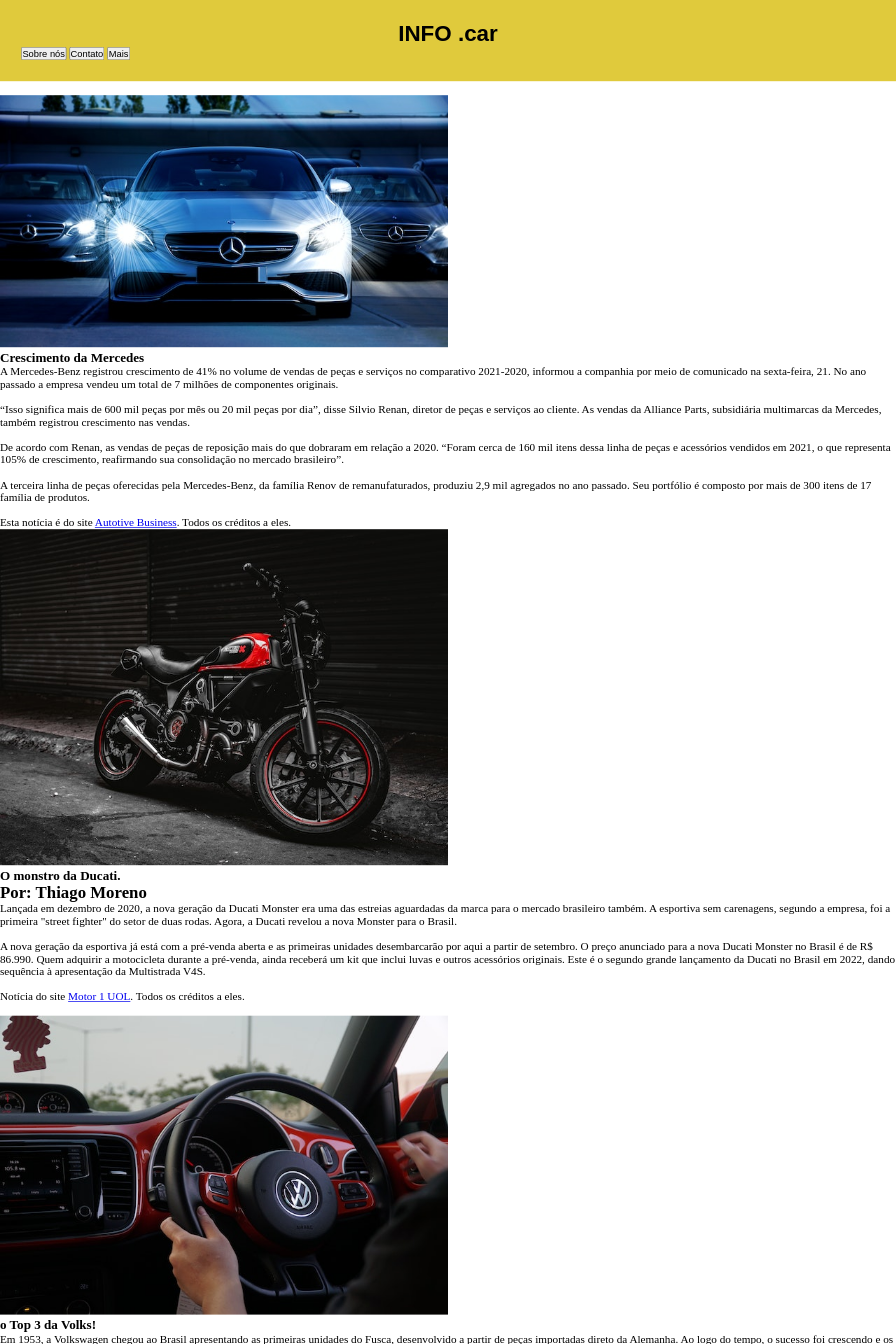
Repository: Leonngc/projeto-info.car
Page: index.html
These files come from the project's save history. The page is drawn as it stood at one moment and after the next save; the edit follows.
The browser window is 1280 px wide. The pictures show the part of the page from y = 0 to 1920 px (the page is 3329 px tall), at 70% of full size.
Some web fonts or font styles are not loaded; a fallback is used.

Above is the page before, as saved 2022-10-30 12:25:58.

### index.html
<!DOCTYPE html>
<html lang="pt-br">

<head>
    <meta charset="UTF-8" />
    <meta http-equiv="X-UA-Compatible" content="IE=edge" />
    <meta name="viewport" content="width=device-width, initial-scale=1.0" />
    <title>Info .car</title>
    <link rel="stylesheet" href="style.css">
</head>

<body>
    <header>
        <h1 class="title">INFO .car</h1>
        <section id="section-buttons">
            <button>Sobre nós</button>
            <button>Contato</button>
            <button>Mais</button>
        </section>
    </header>
    <main>
        <section>


            <div class="car-image">
                <img src="img/mercedes.jpg" alt="" />
            </div>

            <article>
                <h1>Crescimento da Mercedes</h1>

                    <p>
                        A Mercedes-Benz registrou crescimento de 41% no volume de vendas de peças e serviços no comparativo 2021-2020, informou a companhia por meio de comunicado na sexta-feira, 21. No ano passado a empresa vendeu um total de 7 milhões de componentes originais.
                    </p>

                    <br>

                    <p>
                        “Isso significa mais de 600 mil peças por mês ou 20 mil peças por dia”, disse Silvio Renan, diretor de peças e serviços ao cliente. As vendas da Alliance Parts, subsidiária multimarcas da Mercedes, também registrou crescimento nas vendas.
                    </p>

                    <br>

                    <p>
                        De acordo com Renan, as vendas de peças de reposição mais do que dobraram em relação a 2020. “Foram cerca de 160 mil itens dessa linha de peças e acessórios vendidos em 2021, o que representa 105% de crescimento, reafirmando sua consolidação no mercado brasileiro”.
                    </p>

                    <br>
                    <p>
                        A terceira linha de peças oferecidas pela Mercedes-Benz, da família Renov de remanufaturados, produziu 2,9 mil agregados no ano passado. Seu portfólio é composto por mais de 300 itens de 17 família de produtos.
                    </p>

                    <br>

                    <p>Esta notícia é do site <a href="https://automotivebusiness.com.br/pt/posts/mercado/vendas-da-mercedes-benz-na-reposicao-cresceram-41-em-2021/#:~:text=Vendas%20da%20Mercedes%2DBenz%20na%20reposi%C3%A7%C3%A3o%20cresceram%2041%25%20em%202021,-Empresa%20vendeu%20mais&text=A%20Mercedes%2DBenz%20registrou%20crescimento,7%20milh%C3%B5es%20de%20componentes%20originais.">Autotive Business</a>. Todos os créditos a eles.</p>

            </article>


            <div class="car-image">
                <img src="img/ducati.jpg" alt="" />  <!--CARROSEL DE IMAGENS!!!-->
            </div>
            <article>
                <h1>O monstro da Ducati.</h1>

                    <h2>Por: Thiago Moreno</h2>
                    <p>
                        Lançada em dezembro de 2020, a nova geração da Ducati Monster era uma das estreias aguardadas da marca para o mercado brasileiro também. A esportiva sem carenagens, segundo a empresa, foi a primeira "street fighter" do setor de duas rodas. Agora, a Ducati revelou a nova Monster para o Brasil.
                    </p>

                    <br>
                    <p>
                        A nova geração da esportiva já está com a pré-venda aberta e as primeiras unidades desembarcarão por aqui a partir de setembro. O preço anunciado para a nova Ducati Monster no Brasil é de R$ 86.990. Quem adquirir a motocicleta durante a pré-venda, ainda receberá um kit que inclui luvas e outros acessórios originais. Este é o segundo grande lançamento da Ducati no Brasil em 2022, dando sequência à apresentação da Multistrada V4S.
                    </p>

                    <br>
                    <p>

                        Notícia do site <a href="https://motor1.uol.com.br/news/602765/nova-ducati-monster-brasil-preco/" target="_blank">Motor 1 UOL</a>. Todos os créditos a eles.
                    </p>


            </article>

            <section id="img-background">
                <img src="" alt="">
            </section>
            <div>
                <img src="img/volks.jpg" alt="" />
            </div>

            <article>
                <h1>o Top 3 da Volks!</h1>

                    <p>
                        Em 1953, a Volkswagen chegou ao Brasil apresentando as primeiras unidades do Fusca, desenvolvido a partir de peças importadas direto da Alemanha. Ao logo do tempo, o sucesso foi crescendo e os carros da montadora foram se tornando os carros mais vendidos no Brasil.</p>

                    <br>
                    <h2>1 – Volkswagen T-Cross</h2>
                    <p>
                        Um dos modelos mais novos da geração atual de veículos da Volkswagen é o T-Cross. Esse SUV compacto chegou à liderança da categoria de carros mais vendidos no Brasil ano passado, mostrando sua força no mercado.</p>

                    <br>
                    <p>
                        O automóvel possui diferentes versões e duas opções de motor. Seu conjunto da obra agrada os apaixonados por automóveis, e além de ser o campeão de vendas da montadora, aparece como o quinto colocado de vendas de todo o país, deixando vários outros SUV´s para trás.</p>

                    <br>
                    <p>
                        Diferente do modelo europeu, o design do T-Cross é bastante carismático, com faróis de LED integrados e uma ampla grade.</p>

                    <br>
                    <p>
                        Além disso, o veículo pode ser encontrado no mercado em quatro versões, todas equipadas com motores TSI (Turbo com injeção direta de combustível) sendo elas:</p>

                    <br>
                    <p>
                        <strong>T-Cross 200 TSI:</strong> Versão com controle de estabilidade (ESC), seis airbags, bloqueio eletrônico, sistema de fixação de cadeirinhas infantis e ajuste de altura do volante.</p>

                    <br>
                    <p>
                        <strong>T-Cross 200 TSI Automático: </strong>Possui câmbio automático de seis marchas, controle automático de velocidade, apoio de braço central e grade dianteira em preto brilhante.</p>

                    <br>
                    <p>
                        <strong>T-Cross Comfortline 200 TSI Automático:</strong> Com ar condicionado digital, câmera de ré para auxiliar no estacionamento, indicador de pressão dos pneus, detalhes cromados e revestimento interno azul escuro.</p>

                    <br>
                    <p>
                        <strong>T-Cross Highline 250 TSI Automático:</strong> Agrega itens como bancos de couro, espelho retrovisor interno eletrocrômico, sensores de chuva, rack de teto na cor prata anodizada, entre outros detalhes.</p>

                    <br>
                    <p>
                        Vale lembrar que o T-Cross é um crossover urbano produzido pela Volkswagen e baseado no modelo ‘Polo VI’.
                    </p>

                    <br>
                    <h2>2 – Volkswagen Gol</h2>

                    <p>
                        O Gol é um dos modelos de automóveis da Volkswagen que já foi líder de vendas por anos. Atualmente, esse posto não é mais dele, mas ele segue como um dos veículos mais populares da marca.

                        A exemplo de outros carros da mesma montadora, ele é comercializado em diversas versões. Mas, a sua opção mais básica é a que está hoje entre os 10 carros mais baratos vendidos no Brasil.
                    </p>

                    <br>
                    <p>
                        Em 2021, surgiu a mais nova versão deste automóvel, com a adição de itens de segurança obrigatórios. O hatch então passou a dispor de cinto de segurança de três pontos, encosto de cabeça para cinco passageiros e o sistema de fixação de cadeirinha infantil.
                    </p>

                    <br>
                    <p>
                        <strong>3 – Volkswagen Polo</strong>
                        Chamado por muitos de Virtus Hatch, o Polo passou por uma reformulação total recentemente. O modelo apresenta alta tecnologia e diferentes versões, mas foi o novo visual o que mais chamou a atenção.
                    </p>

                    <br>
                    <p>
                        Ele também foi eleito o melhor carro em sua categoria por uma pesquisa chamada ‘Os eleitos’, feita pela revista Quatro Rodas. Não é à toa que ele conquistou o terceiro lugar do top 3 carros mais vendidos da montadora alemã
                    </p>

                    <br>

                    <p>
                        Notícia do site <a href="https://dyna.com.br/top-3-carros-mais-vendidos-da-volkswagen/" target="_blank">Dyna</a>. Todos os créditos a eles.
                    </p>
                </p>
            </article>


            <div>
                <img src="img/jeep-cherokee.jpg" alt="" />
            </div>

            <article>
                <h1>Novo Jeep Cherokee</h1>

                    <h2>Por: Nicolas Tavares</h2>

                    <p>
                        A Stellantis ainda nem mostrou o Compass 4xe, versão híbrida plug-in do SUV médio que será lançado no dia 4 de abril, e já trabalha em mais uma novidade para o Brasil. Motor1.com e o canal Falando de Carro apuraram que o Jeep Grand Cherokee desembarcará nas concessionárias no último trimestre, importado dos EUA. A marca quer lançá-lo por volta de outubro e oferecer tanto uma versão convencional quanto a híbrida plug-in revelada recentemente.</p>
                    <br>
                    <p>
                        Segundo apuramos, o Jeep Grand Cherokee acabou sofrendo um atraso por conta da falta de semicondutores. Produzindo poucas unidades, a prioridade virou abastecer o mercado norte-americano, deixando as exportações para um segundo momento. Assim, seu lançamento ficará somente para o 2º semestre. A ideia, no momento, é fazer o lançamento em outubro, mas tudo dependerá de como ficará o fornecimento de chips para a fábrica em Detroit (EUA).
                    </p>

                    <p>Notícia do site <a href="https://motor1.uol.com.br/news/575923/jeep-grand-cherokee-brasil-2semestre/" target="_blank">Motor 1 UOL</a>. Todos os créditos a eles.</p>

            </article>

        </section>
        <article>
            <h1>Este site...</h1>
            <p>
                Este site tem como objetivo a demonstração de conhecimentos HTML, CSS e JS. <br>
                O site consiste em um página de notícias automotivas, tendo imagens animadas, além de três outras páginas. Uma para contato do desenvolvedor, outra sobre o site e uma página mais. <br>
                <strong>TODOS OS ARTIGOS PRESENTES NESTE SITE SÃO DE OUTRAS PÁGINAS. TODOS OS DIREITOS E CRÉDITOS A ELES.</strong>
            </p>
        </article>
    </main>
</body>

</html>

### style.css
@charset "UTF 8";
@import url('https://fonts.googleapis.com/css2?family=Michroma&display=swap');

*{
    margin: 0;
    padding: 0;
}

header{
    padding: 30px;
    margin-bottom: 20px;
    background-color: rgb(224, 202, 60);
}



.title{
    font-family: 'Michroma', sans-serif;
    text-align: center;
    font-weight: bolder;
}

After the next save:
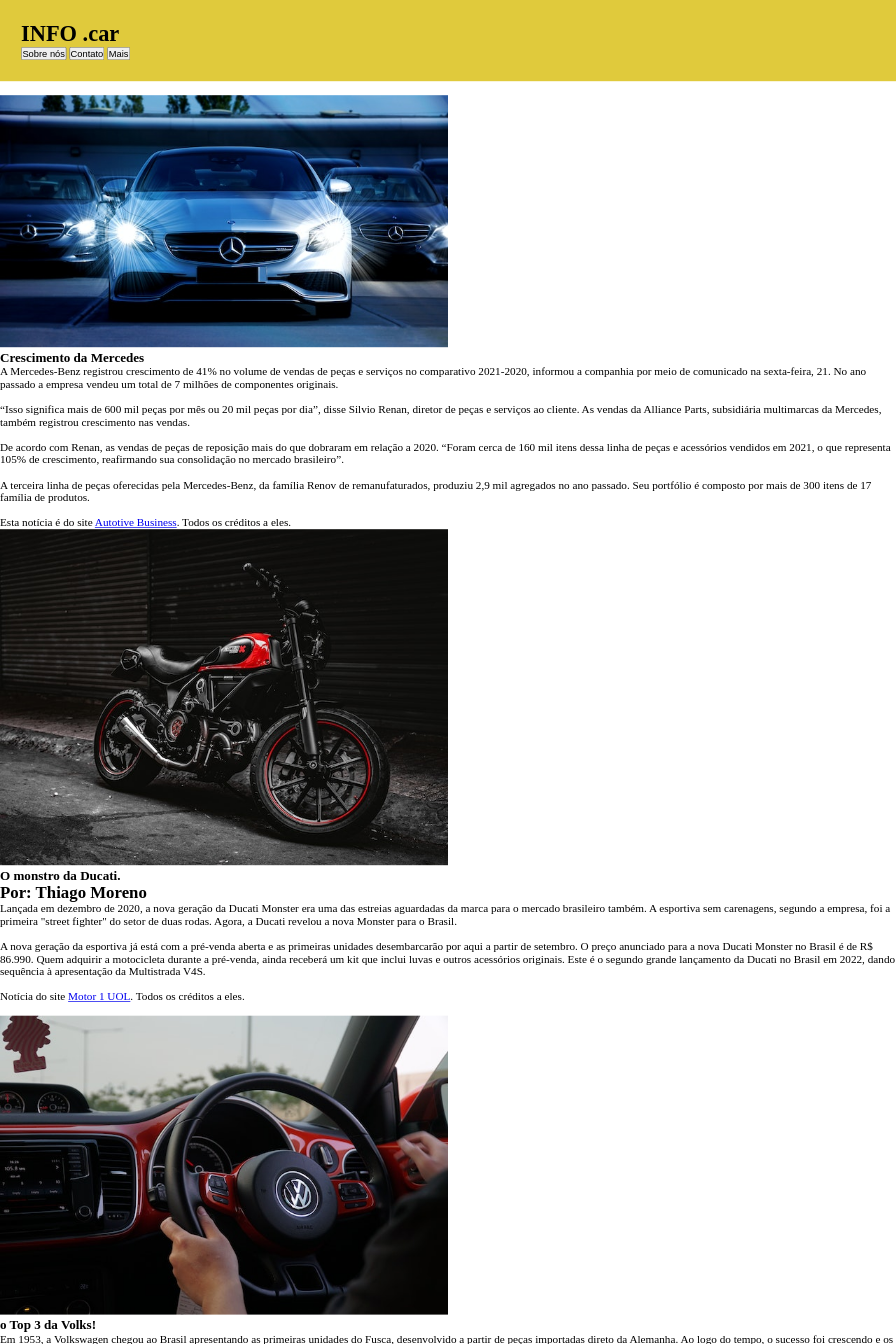
Saved 5 s later.
--- a/style.css
+++ b/style.css
@@ -12,7 +12,7 @@
     background-color: rgb(224, 202, 60);
 }
 
-
+#sections=
 
 .title{
     font-family: 'Michroma', sans-serif;

After the 2 saves that followed:
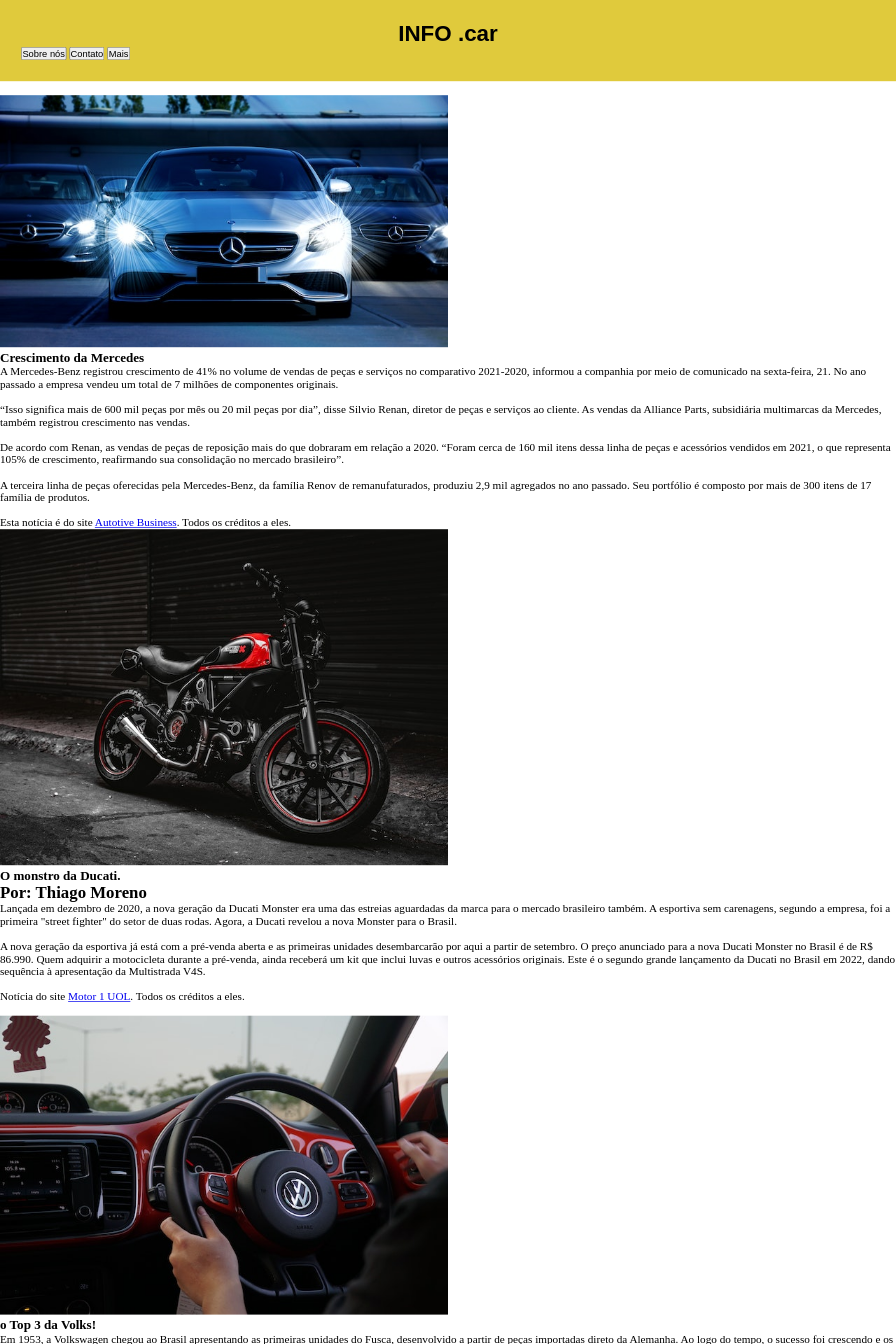
The 2 saves are shown as one change because they came seconds apart.
The last was saved 6 s later.
--- a/style.css
+++ b/style.css
@@ -12,7 +12,9 @@
     background-color: rgb(224, 202, 60);
 }
 
-#sections=
+#sections-buttons{
+
+}
 
 .title{
     font-family: 'Michroma', sans-serif;
